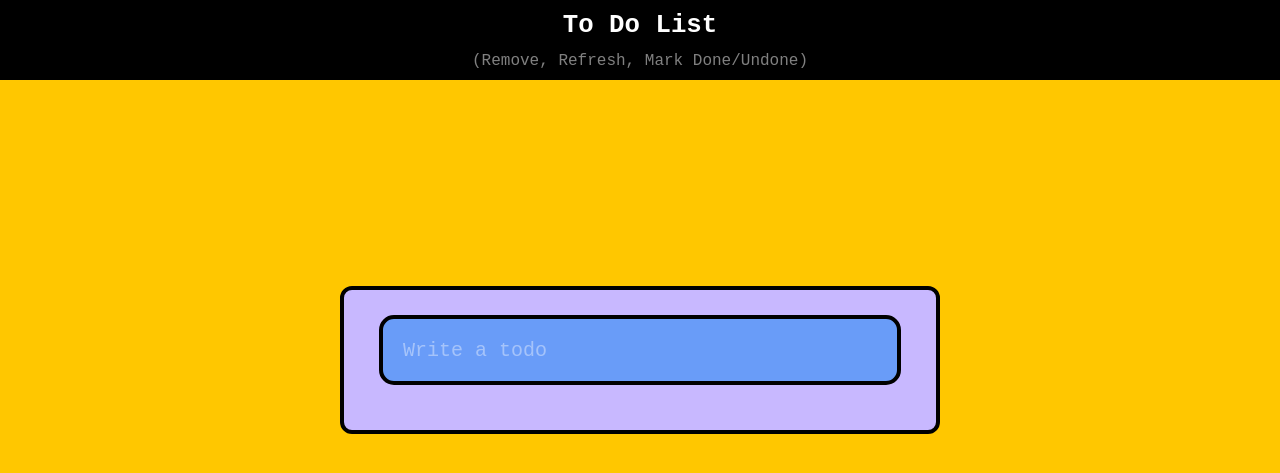
Repository: ThisIsSahaj/Js-Projects
Page: ToDoList/index.html
An editor plug-in stored every save of this project. The page is shown before and after the next save, followed by the edit.
The browser window is 1280 px wide. The pictures show the whole page.

Above is the page before, as saved 2024-04-24 09:54:38.

### ToDoList/index.html
<!DOCTYPE html>
<html lang="en">
<head>
    <meta charset="UTF-8">
    <meta http-equiv="X-UA-Compatible" content="IE=edge">
    <meta name="viewport" content="width=device-width, initial-scale=1.0">
    <title>To Do List</title>
    <link rel="stylesheet" href="style.css">
    <link rel="stylesheet" href="https://cdnjs.cloudflare.com/ajax/libs/font-awesome/6.0.0/css/all.min.css" integrity="sha512-9usAa10IRO0HhonpyAIVpjrylPvoDwiPUiKdWk5t3PyolY1cOd4DSE0Ga+ri4AuTroPR5aQvXU9xC6qOPnzFeg==" crossorigin="anonymous" referrerpolicy="no-referrer" />

</head>
<body>
    <div class="header">
       <h3>To Do List</h3>
        <p>(Remove, Refresh, Mark Done/Undone)</p>

    </div>
    <div class="box">
            <span></span>
            <span></span>
            <span></span>
            <input type="text" placeholder="Write a todo" >
            <ul class="todoBox">

            </ul>

    </div>
</body>

<script src="script.js"></script>
</html>

### ToDoList/style.css
*{
    margin: 0;
    padding: 0;
    box-sizing: border-box;
    outline: none;
}

body{
    /* background-color: #000; */
    background-color: #FFC700;
    display: flex;
    flex-wrap: wrap;
    font-family: monospace;
}

.header{
    width: 100%;
    height: 80px;
    background-color: black;
    color: white;
    display: flex;
    flex-direction: column;
    align-items: center;
    justify-content: center;
    font-family: monospace;
    font-size: 22px;
    gap: 12px;
    /* border: 2px solid blue; */
}

.header p {
    color: grey;
    font-size: 16px;
}



.box{
    /* border: 2px solid red; */
    /* background-color: #C6B9FF;
    margin-top: 50px;
    width: 100%;
    display: flex;
    justify-content: center;
    align-items: center;
    flex-direction: column; */

    width: 600px;
    padding: 25px 35px;
    position: absolute;
    top: 50%;
    left: 50%;
    transform: translate(-50%,-50%);
    background-color: #C8B8FF;
    border: 4px solid black;
    color: black;
    border-radius: 12px;
    font-weight: bold;
}

.box span{
    border-radius: 50%;
    width: 160px;
    height: 160px;
    background-color: white;
}


input{
    width: 100%;
    height: 70px;
    border-radius: 15px;
    color: black;
    padding: 20px;
    font-size: 20px;
    font-family: monospace;
    background-color: #699CF8;
    border: 4px solid black;

}
::placeholder {
    color: white;
    opacity: 0.4;
  }


.todoBox{
    /* border: 2px solid red; */
    margin-top: 20px;
    list-style: none;
    width: 100%;
}



.todoBox li {
    position: relative;
    /* background-color: rgb(34, 34, 34); */
    background-color: white;
    color: black;
    /* box-shadow: 0px 3px 6px rgba(0, 0, 0, 0.05), 0px 8px 15px rgba(0, 0, 0, 0.1), 0 0 0 1px rgba(255, 255, 255, 0.1); */
    padding: 20px;
    border-radius: 15px;
    border: 3px solid black;



    /* transition: box-shadow 0.25s; */
    /* width: 100%; */
    /* height: 50px; */
    margin: 20px 0px;

    font-size: 16px;
    /* font-family: monospace; */
    padding-right: 45px;
    text-align: justify;
    user-select: none;

}

.todoBox li i {
    /* color: rgb(142, 142, 142); */
    color: #FF8477;
    -webkit-text-stroke: 0.5px #FF8477 ;
    position: absolute;
    right: 20px;
    cursor: pointer;
    /* top: 50%; */
    top: 20px;

}

.done{
    text-decoration: line-through;
    color: grey !important;

}

### ToDoList/script.js
const input = document.querySelector('input');
const todoBox = document.querySelector('.todoBox');



// ✅ LOCAL STORAGE
const updateLS = () => {
    const taskValue = document.querySelectorAll('li');

    const tasks = [];

    taskValue.forEach((curEle) => {
        return tasks.push(curEle.textContent.trim());
    });

    localStorage.setItem('tasks', JSON.stringify(tasks));
}




// ✅ ADD TASK
const addTask = (text) => {
    const task = document.createElement('li');

    const htmlData =
        ` <p>${text}</p>

          <i class="delete fa-regular fa-circle-xmark"></i> `
    task.insertAdjacentHTML('afterbegin', htmlData);
    todoBox.appendChild(task);


    // ✅ DELETE TASK
    const deleteBtn = task.querySelector('i');
    deleteBtn.addEventListener('click', ()=>{
    task.remove();
    updateLS();
    })


    // ✅ Mark a task DONE/UNDONE
    task.addEventListener('click', ()=>{
        task.classList.toggle('done');
    })
}





// ✅ GET THE INPUT
input.addEventListener('keyup', (event)=>{

    // to know which key is being pressed
   // console.log(event.key);

  if (event.key == 'Enter') {

    // to get the value written in input
    // console.log(input.value);

      addTask(input.value);
      updateLS();

      //to clear the value written in input after ENTER
      input.value = "";

    }
})






// ✅ GETTING DATA BACK FROM LOCAL SOTRAGE
const taskAvailable = JSON.parse(localStorage.getItem('tasks'));

if(taskAvailable)
{
    taskAvailable.forEach((curTask) =>
    {
        addTask(curTask);
    })};

After the next save:
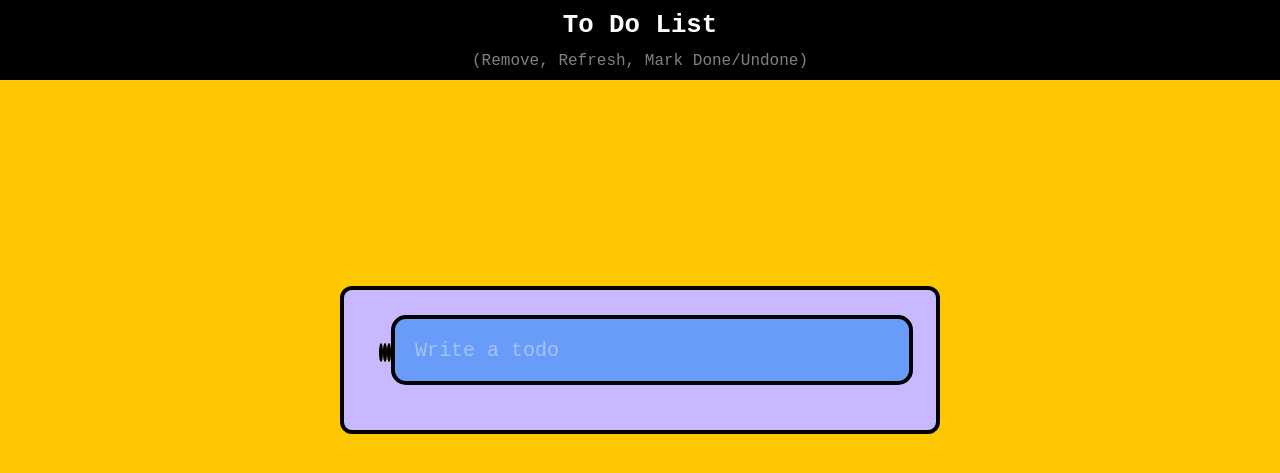
Saved 25 s later.
--- a/ToDoList/index.html
+++ b/ToDoList/index.html
@@ -16,9 +16,9 @@
 
     </div>
     <div class="box">
-            <span></span>
-            <span></span>
-            <span></span>
+        <span style=" background-color: #FFC700; border: 2px solid black;"></span>
+        <span style=" background-color: #EF4F1E; border: 2px solid black;" ></span>
+        <span style=" background-color: #EF4F1E; border: 2px solid black;" ></span>
             <input type="text" placeholder="Write a todo" >
             <ul class="todoBox">
 
